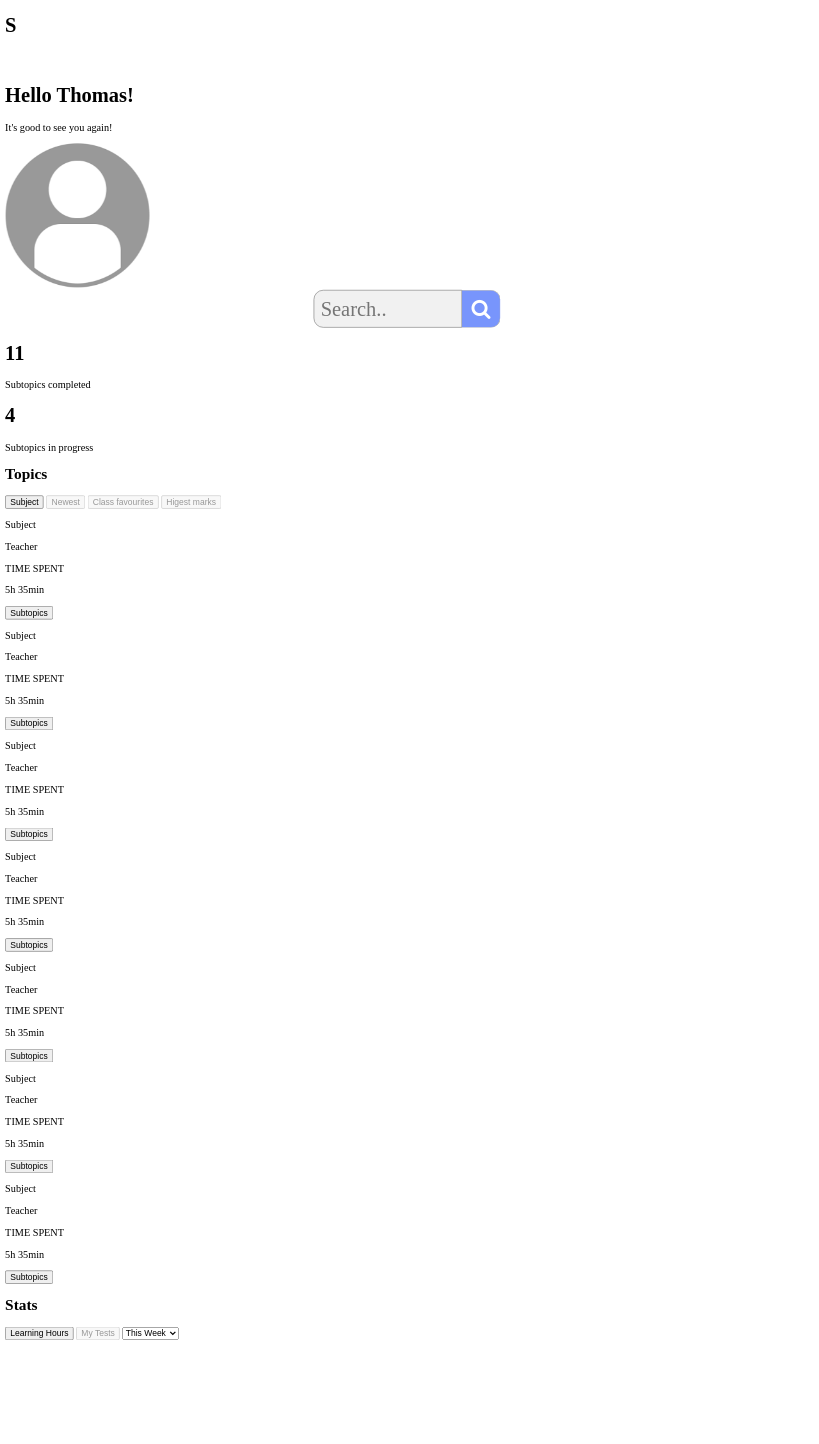
Repository: rafalzacher1/smartify-interface
Page: topics.html
The author's editor kept a copy of each file at every save. The page is drawn from the files as they stood at one save, then again after the next save.
The browser window is 1280 px wide. The pictures show the whole page, at 64% of full size.
Some web fonts or font styles are not loaded; a fallback is used.

Above is the page before, as saved 2022-06-30 17:16:35.

After the next save:
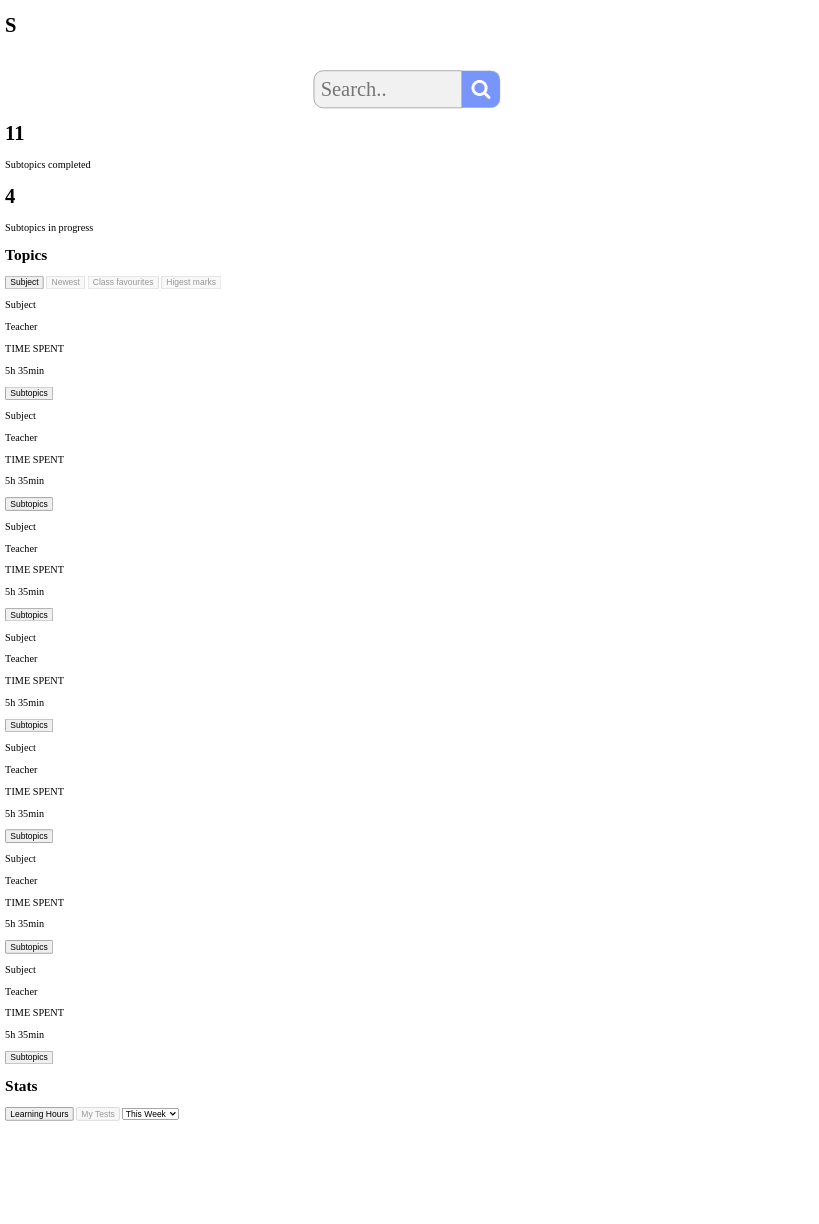
Saved 11 s later.
--- a/topics.html
+++ b/topics.html
@@ -58,17 +58,6 @@
                         fill="white" />
                 </svg>
             </nav>
-        </div>
-
-        <div id="user-header-container">
-            <div id="user-info">
-                <h1>Hello Thomas!</h1>
-                <p>It's good to see you again!</p>
-            </div>
-
-            <div id="user-pic">
-                <img src="./img/user.png">
-            </div>
         </div>
 
         <div id="search-container">
